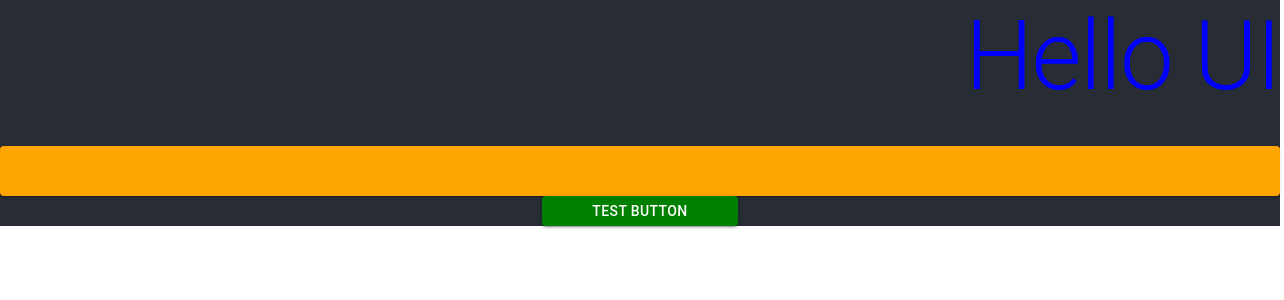
Repository: ShunsukeTanizaki/COVID19-Live
Page: /
The author's editor kept a copy of each file at every save. The page is drawn from the files as they stood at one save, then again after the next save.
The browser window is 1280 px wide. The page is 1284 px wide, so the pictures cover 1284 px, including what lies to the right of the window. The pictures show the whole page.
The project was rebuilt for these pictures with package versions that can differ from the ones it lists, and the page was loaded fresh each time.

Above is the page before, as saved 2020-11-07 23:34:03.

### src/App.tsx
import React from "react";
// import logo from "./logo.svg";
import "./App.css";
import LinePlot from "./components/LinePlot";
import PiePlot from "./components/PiePlot";
import BarPlot from "./components/BarPlot";
import RaderPlot from "./components/RaderPlot";
import BubblePlot from "./components/BubblePlot";
import MaterialUI from "./components/MaterialUI ";

function App() {
    return (
        <div className="App">
            {/* <LinePlot />
            <PiePlot />
            <BarPlot />
            <RaderPlot />
            <BubblePlot /> */}

            <MaterialUI />
        </div>
    );
}

export default App;

### src/App.css
.App {
    background-color: #282c34;
    text-align: center;
}

.App-logo {
    height: 40vmin;
    pointer-events: none;
}

@media (prefers-reduced-motion: no-preference) {
    .App-logo {
        animation: App-logo-spin infinite 20s linear;
    }
}

.App-header {
    background-color: #282c34;
    min-height: 100vh;
    display: flex;
    flex-direction: column;
    align-items: center;
    justify-content: center;
    font-size: calc(10px + 2vmin);
    color: white;
}

.App-link {
    color: #61dafb;
}

@keyframes App-logo-spin {
    from {
        transform: rotate(0deg);
    }
    to {
        transform: rotate(360deg);
    }
}

### src/components/MaterialUI .tsx
import React from "react";
import { Button, makeStyles, Typography, Grid, Paper } from "@material-ui/core";

const useStyles = makeStyles({
    btnStyle: {
        background: "green",
        padding: "3px 50px"
    },
    typoStyle: {
        color: "blue"
    },
    paperStyle: {
        background: "orange",
        height: "50px"
    }
});

const MaterialUI: React.FC = () => {
    const classes = useStyles();
    return (
        <div>
            <Typography
                className={classes.typoStyle}
                color="secondary"
                variant="h1"
                align="right"
                gutterBottom
            >
                Hello UI
            </Typography>

            <Grid container spacing={1}>
                <Grid item xs={12}>
                    <Paper className={classes.paperStyle}></Paper>
                </Grid>
            </Grid>

            <Button
                className={classes.btnStyle}
                variant="contained"
                color="primary"
            >
                test Button
            </Button>
        </div>
    );
};

export default MaterialUI;

Loaded but not shown: public/index.html (common file); src/index.tsx (common file); src/index.css (common file); src/reportWebVitals.ts (common file)

After the next save:
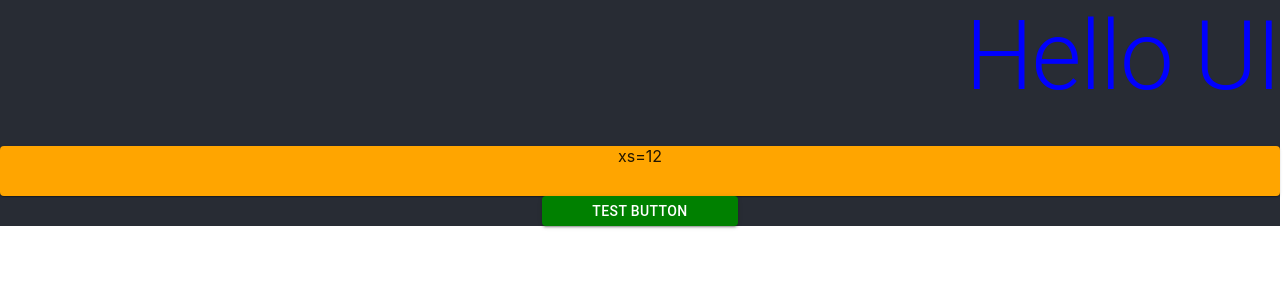
Saved 33 s later.
--- a/src/components/MaterialUI .tsx
+++ b/src/components/MaterialUI .tsx
@@ -31,7 +31,7 @@ const MaterialUI: React.FC = () => {
 
             <Grid container spacing={1}>
                 <Grid item xs={12}>
-                    <Paper className={classes.paperStyle}></Paper>
+                    <Paper className={classes.paperStyle}>xs=12</Paper>
                 </Grid>
             </Grid>
 
